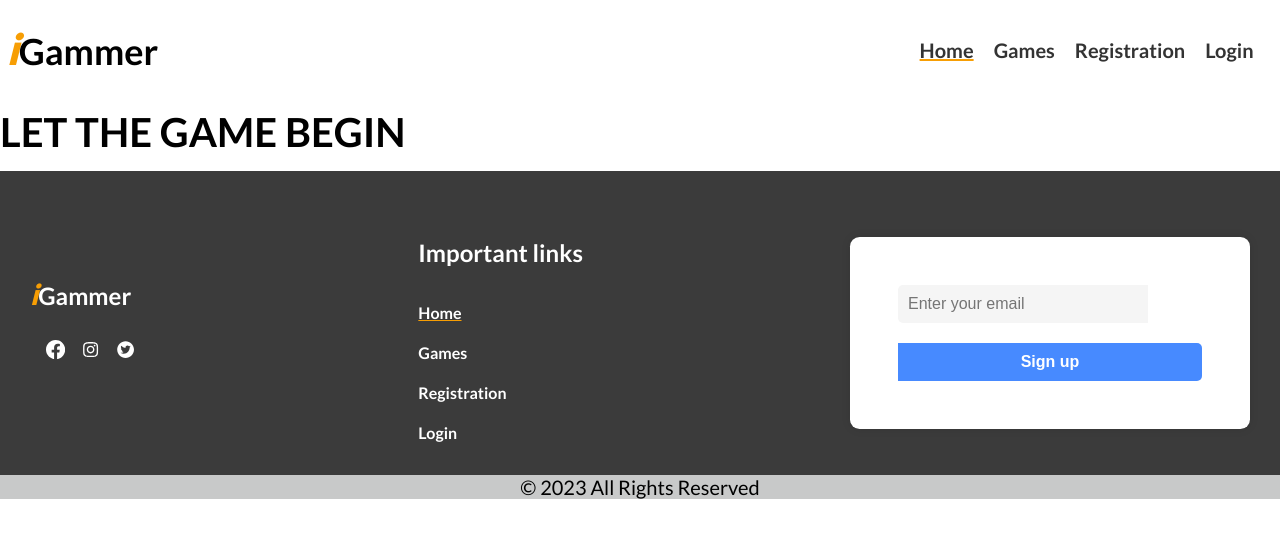
Repository: DannyMyles/iGammer
Page: /
An editor plug-in stored every save of this project. The page is shown before and after the next save, followed by the edit.
The browser window is 1280 px wide. The pictures show the whole page.
The project was rebuilt for these pictures with package versions that can differ from the ones it lists, and the page was loaded fresh each time. Also part of the build but not shown: src/pages/games/games.css, src/pages/games/Games.tsx, src/pages/home/home.css, src/pages/login/Login.tsx, src/pages/playgame/playgame.css, src/pages/playgame/PlayGame.tsx, src/pages/register/register.css, src/pages/register/Register.tsx.

Above is the page before, as saved 2023-03-16 11:41:33.

### public/index.html
<!DOCTYPE html>
<html lang="en">
  <head>
    <meta charset="utf-8" />
    <link rel="icon" href="%PUBLIC_URL%/favicon.ico" />
    <meta name="viewport" content="width=device-width, initial-scale=1" />
    <meta name="theme-color" content="#000000" />
    <meta
      name="description"
      content="Web site created using create-react-app"
    />
    <link rel="apple-touch-icon" href="%PUBLIC_URL%/logo192.png" />

    <link rel="manifest" href="%PUBLIC_URL%/manifest.json" />
    <title>iGammer</title>
  </head>
  <body>
    <div id="root"></div>
  </body>
</html>

### src/index.tsx
import React from "react";
import ReactDOM from "react-dom/client";
import "./index.css";
import App from "./App";
import { BrowserRouter } from "react-router-dom";
const root = ReactDOM.createRoot(
  document.getElementById("root") as HTMLElement
);
root.render(
  <React.StrictMode>
    <BrowserRouter>
      <App />
    </BrowserRouter>
  </React.StrictMode>
);

### src/index.css
@import url('https://fonts.googleapis.com/css2?family=Lato:wght@100;300;400;700;900&display=swap');
* {
	box-sizing: border-box;

}

body {
	margin: 0;
	padding: 0;
	background: #ffffff;
	align-items: center;
	flex-direction: column;
	font-family: 'Lato', sans-serif;
	line-height: 1.5rem;
	font-size: 20px;
}
.i-word{
	font-style: italic;
	font-size: larger;
	font-weight: 900;
	color: rgb(247, 158, 4);
  }

### src/App.tsx
import { Route, Routes } from "react-router-dom";
import Games from "./pages/games/Games";
import Home from "./pages/home/Home";
import Login from "./pages/login/Login";
import PlayGame from "./pages/playgame/PlayGame";
import Register from "./pages/register/Register";

function App() {
  const handleRegistration = (
    firstName: string,
    lastName: string,
    email: string,
    password: string
  ) => {
    // Handle registration logic here
    console.log(firstName, lastName, email, password);
  };

  const handleSubmit = (email: string, password: string) => {
    // Handle login logic here
    console.log("Email:", email);
    console.log("Password:", password);
  };

  return (
    <Routes>
      <Route path="/" element={<Home />} />
      <Route path="/games" element={<Games />} />
      <Route path="/play" element={<PlayGame />} />
      <Route path="/login" element={<Login onSubmit={handleSubmit} />} />
      <Route
        path="/registration"
        element={<Register onSubmit={handleRegistration} />}
      />
    </Routes>
  );
}

export default App;

### src/pages/home/Home.tsx
import Footer from "../../components/footer/Footer"
import Navbar from "../../components/navbar/Navbar"
import "./home.css"

const Home = () => {
  return (
    <>
      <Navbar />
      <div className="main-home">
      <h1>LET THE GAME BEGIN</h1>
      </div>
      <Footer />
    </>
  )
}

export default Home

### src/components/footer/Footer.tsx
/* eslint-disable jsx-a11y/anchor-is-valid */
import "./footer.css";
import { BsFacebook } from "react-icons/bs";
import { AiOutlineInstagram,AiFillTwitterCircle } from "react-icons/ai";
import { NavLink } from "react-router-dom";
const Footer = () => {
  return (
    <>
      <footer className="footer">
        <div className="logo-side">
          <div className="logo"><span className="i-word">i</span>Gammer</div>
          <div className="social-media">
            <a href="#"> <BsFacebook /></a>
            <a href="#"> <AiOutlineInstagram /> </a>
            <a href="#"><AiFillTwitterCircle/> </a>
          </div>
        </div>
        <div className="important-links">
          <h2>Important links</h2>
          <NavLink to="/" className="nav-link"> Home </NavLink>
          <NavLink to="/games" className="nav-link"> Games </NavLink>
          <NavLink to="/registration" className="nav-link"> Registration </NavLink>
          <NavLink to="/login" className="nav-link"> Login </NavLink>
        </div>
        <div className="signup-footer">
          <form>
            <input type="email" placeholder="Enter your email" />
            <button type="submit">Sign up</button>
          </form>
        </div>
      </footer>
      <div className="copyright">© 2023 All Rights Reserved</div>
    </>
  );
};

export default Footer;

### src/components/navbar/Navbar.tsx
import "./navbar.css";
import { NavLink } from "react-router-dom";

const Navbar = () => {
  return (
    <nav className="nav">
      <div className="main-nav">
        <div className="logo">
          <h1><span className="i-word">i</span>Gammer</h1>
        </div>
        <div className="links">
          <ul className="nav-list">
            <li>
              <NavLink to="/"  className="nav-link">
                Home
              </NavLink>
            </li>
            <li>
              <NavLink to="/games" className="nav-link">
                Games
              </NavLink>
            </li>
            <li>
              <NavLink to="/registration" className="nav-link">
                Registration
              </NavLink>
            </li>
            <li>
              <NavLink to="/login" className="nav-link">
                Login
              </NavLink>
            </li>
          </ul>
        </div>
      </div>
    </nav>
  );
};

export default Navbar;

### src/pages/login/login.css
.login-container {
    display: flex;
    justify-content: center;
    align-items: center;
    height: 100vh;
    background-color: #f2f2f2;
  }
  .login-form h2 {
    margin-bottom: 20px;
    margin-top: 0;
  }
  form {
    display: flex;
    flex-direction: column;
    text-align: left;
    width: 400px;
    padding: 3rem;
    background-color: white;
    border-radius:.6rem;
    box-shadow: 0px 0px 10px rgba(0, 0, 0, 0.1);
}

  label {
    margin-bottom: .5rem;
    font-weight: bold;
    font-size: 1.2rem;
    text-align: left;
  }

  input {
    width: 100%;
    padding: 10px;
    margin-bottom: 20px;
    border-radius: 5px;
    border: none;
    background-color: #f5f5f5;
    font-size: 16px;
  }
  input:focus{
    outline: rgb(253, 252, 252);
    border:1px solid #bebcbc;
  }

  button {
    width: 100%;
    padding: 10px;
    border-radius: 5px;
    border: none;
    background-color: #0077cc;
    color: white;
    font-size: 16px;
    font-weight: bold;
    cursor: pointer;
  }

  button:hover {
    background-color: #0066b3;
  }

### src/components/footer/footer.css
/* Footer styles */
.footer {
    background-color: #3b3b3b;
    color: #fff;
    padding: 30px;
    display: flex;
    flex-wrap: wrap;
    justify-content: space-between;
    font-size: 16px;
    align-items: center;
  }

  .logo-side {
    display: flex;
    flex-direction: column;
    flex-wrap: wrap;
    align-items: center;
    gap: 2rem;
  }

  .logo {
    font-weight: bold;
    font-size: 24px;
    margin-right: 20px;
  }

  .social-media {
    display: flex;
    gap: 1rem;
  }

  .social-media a {
    color: #fff;
    font-size: larger;
  }

  .important-links {
    display: flex;
    flex-direction: column;
    margin-top: 20px;
    gap: 1rem;
  }

  .important-links a {
    color: #fff;
    margin-right: 20px;
    text-decoration: none;
  }

  .signup-footer {
    margin-top: 20px;
    display: flex;
    flex-wrap: wrap;
    align-items: center;
  }

  .signup-footer input[type="email"] {
    padding: 10px;
    border: none;
    border-radius: 5px 0 0 5px;
    width: 250px;
    margin-right: -5px;
  }

  .signup-footer button[type="submit"] {
    background-color: #478aff;
    color: #fff;
    border: none;
    padding: 10px;
    border-radius: 0 5px 5px 0;
    cursor: pointer;
  }
  .copyright{
    background-color: #c8c9c9;
    text-align: center;
  }
  /* Media query for small screens */
  @media (max-width: 768px) {
    .footer {
      flex-direction: column;
      align-items: center;
    }

    .logo-side, .important-links, .signup-footer {
      margin-top: 20px;
    }

    .signup-footer input[type="email"] {
      width: 100%;
      margin-right: 0;
      margin-bottom: 10px;
    }
  }

### src/components/navbar/navbar.css
.main-nav{
    display: flex;
    justify-content: space-between;
    align-items: center;
    margin: .4rem;
}
.nav-list {
  display: flex;
  list-style: none;
  margin: 0;
  padding: 0;
  color: rgb(247, 158, 4);
}
.nav-link {
  color: #333;
  display: block;
  font-weight: bold;
  margin-right: 20px;
  text-decoration: none;
}

.nav-link.active {
  text-decoration: underline;
  font-weight: bold;
  text-decoration: underline rgb(247, 158, 4);
  mb
}

After the next save:
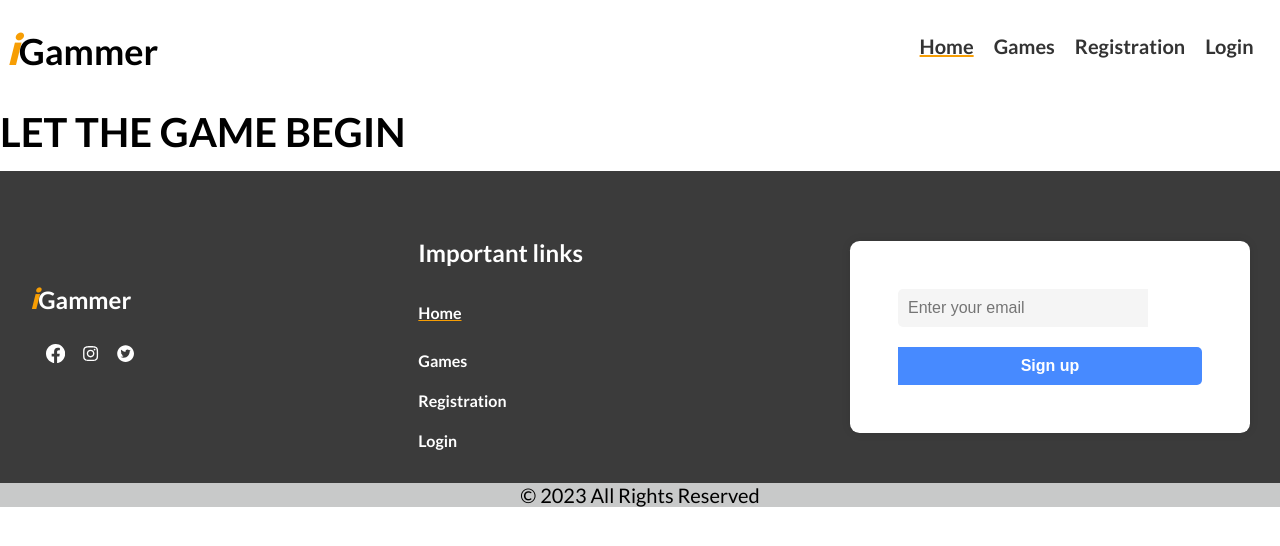
Saved 9 s later.
--- a/src/components/navbar/navbar.css
+++ b/src/components/navbar/navbar.css
@@ -23,5 +23,5 @@
   text-decoration: underline;
   font-weight: bold;
   text-decoration: underline rgb(247, 158, 4);
-  mb
+  margin-bottom: 0.5rem;
 }

After the save that followed:
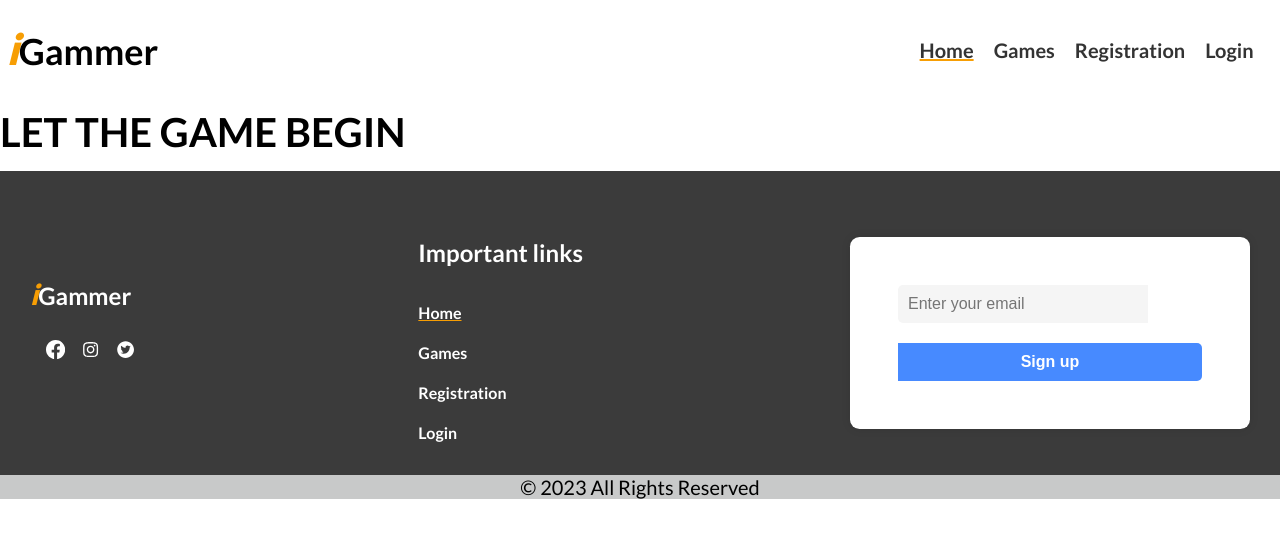
Saved 13 s later.
--- a/src/components/navbar/navbar.css
+++ b/src/components/navbar/navbar.css
@@ -23,5 +23,5 @@
   text-decoration: underline;
   font-weight: bold;
   text-decoration: underline rgb(247, 158, 4);
-  margin-bottom: 0.5rem;
+  bottom: 0.5rem;
 }
